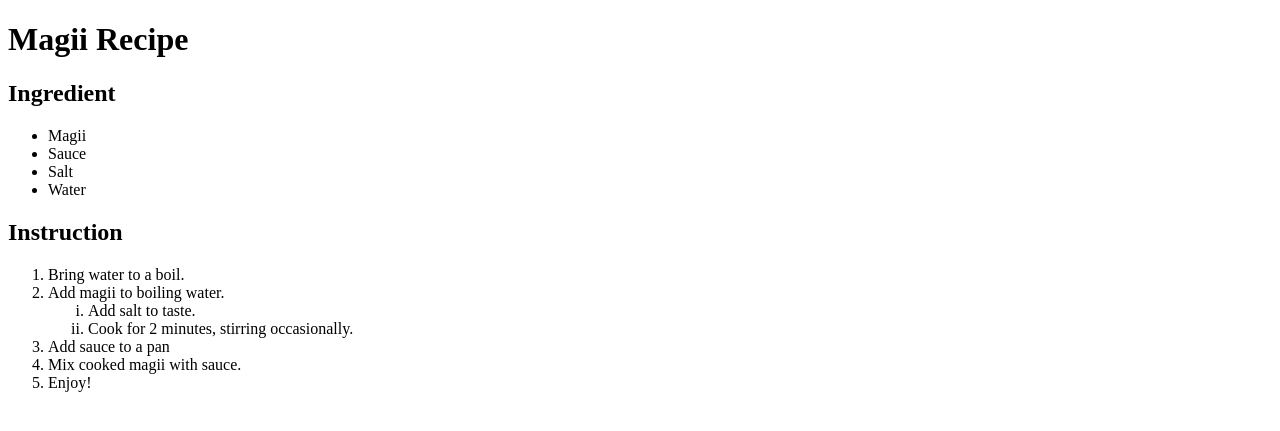
Repository: nir-github01/Html
Page: assign1-recipe.html
The author's editor kept a copy of each file at every save. The page is drawn from the files as they stood at one save, then again after the next save.
The browser window is 1280 px wide. The pictures show the whole page.

Above is the page before, as saved 2022-09-20 19:22:01.

After the next save:
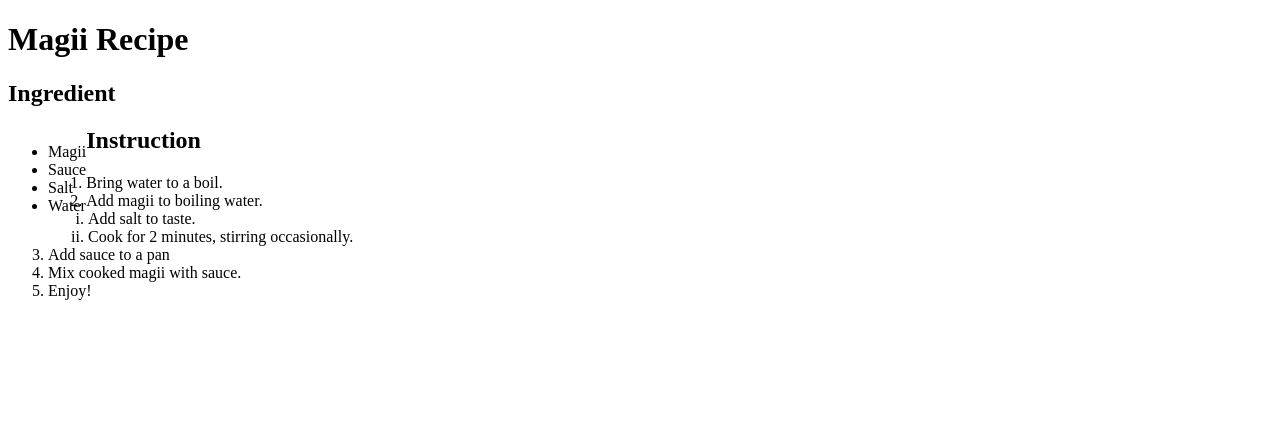
Saved 96 s later.
--- a/assign1-recipe.html
+++ b/assign1-recipe.html
@@ -16,7 +16,7 @@
     <section>
         <h2>Ingredient</h2>
         <div class="ingredient">
-          <ul>
+          <ul style="float:left">
 
             <li>Magii</li>
             <li> Sauce</li>

After the save that followed:
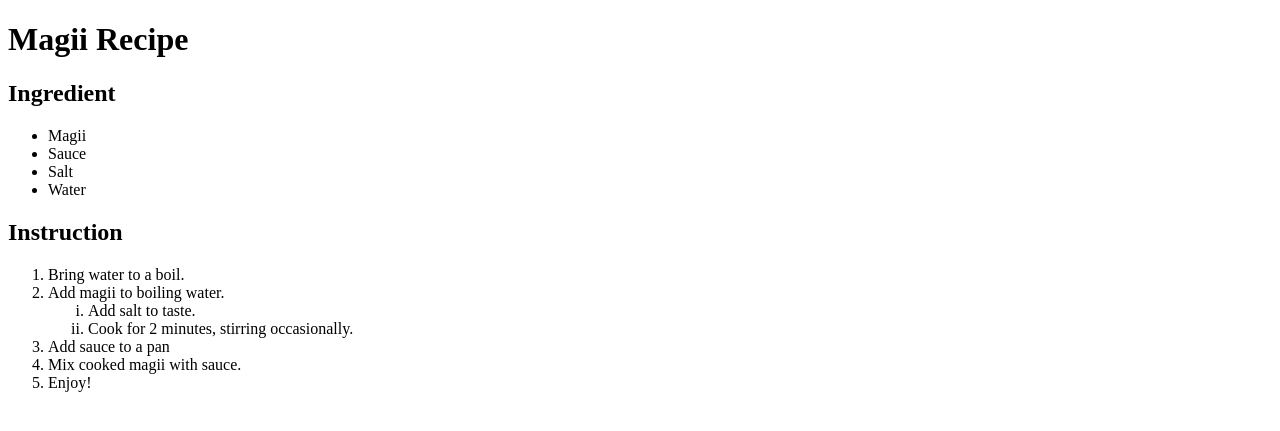
Saved 21 s later.
--- a/assign1-recipe.html
+++ b/assign1-recipe.html
@@ -16,7 +16,7 @@
     <section>
         <h2>Ingredient</h2>
         <div class="ingredient">
-          <ul style="float:left">
+          <ul>
 
             <li>Magii</li>
             <li> Sauce</li>
